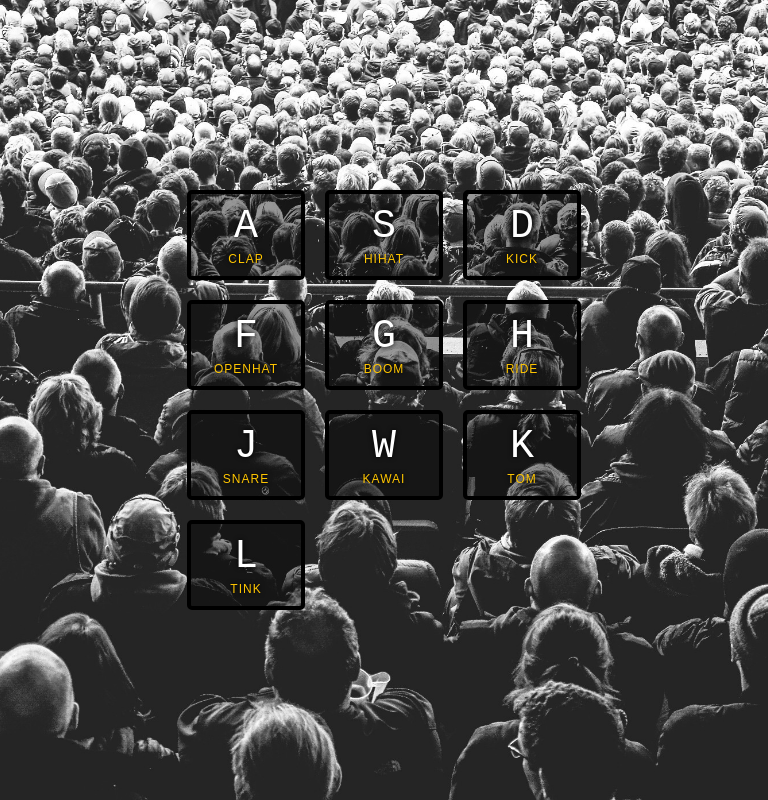
Repository: Freezler/drumkitJS
Page: index-START.html
These files come from the project's save history. The page is drawn as it stood at one moment and after the next save; the edit follows.
The browser window is 768 px wide. The pictures show the whole page.

Above is the page before, as saved 2024-08-23 00:35:00.

After the next save:
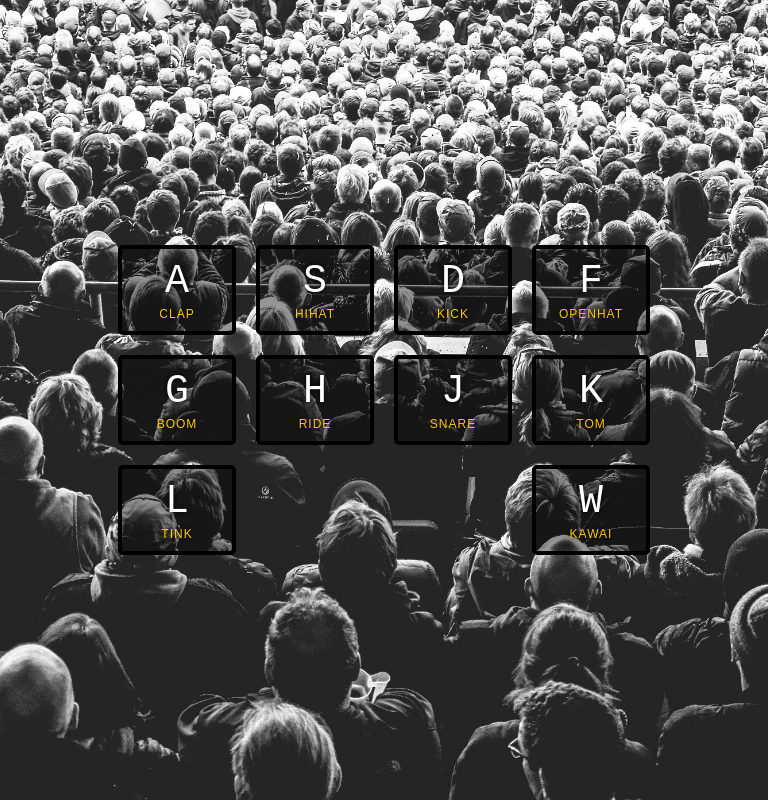
Saved 10 s later.
--- a/style.css
+++ b/style.css
@@ -51,7 +51,7 @@ main {
     grid-template-columns: repeat(4, 1fr); /* Wrap into 2 columns on large screens */
     .key[data-key="87"] {
       place-content: center;
-      grid-column: 2;
+      grid-column: 4;
       grid-row: 3;
     }
   }
